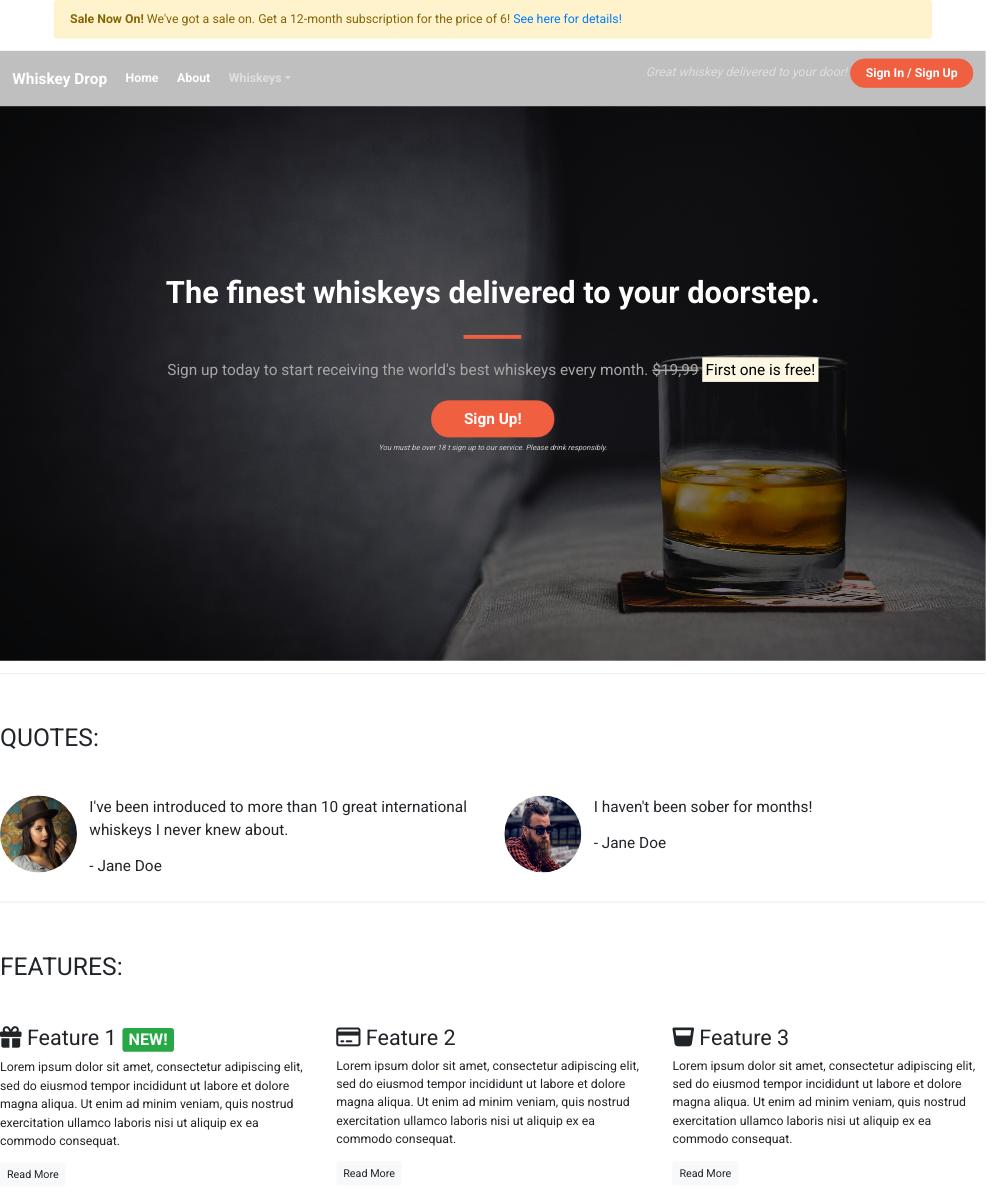
Repository: nitr-am/whiskey-project
Page: index.html
The author's editor kept a record of every edit. The page is drawn from the files as they stood at one moment, then again after the next edit.
The browser window is 1280 px wide. The page is 1295 px wide, so the pictures cover 1295 px, including what lies to the right of the window. The pictures show the whole page, at 77% of full size.
Backgrounds fixed to the window are drawn as part of the page. Some web libraries are served in a nearby version.

Above is the page before.

### index.html
<!DOCTYPE html>
<html lang="en-us">

<head>
    <meta charset="utf-8">
    <meta name="viewport" content="width=device-width, initial-scale=1.0">
    <title>Whiskey Drop | Taste a new whiskey every month</title>
    <link rel="stylesheet" href="https://maxcdn.bootstrapcdn.com/bootstrap/4.1.3/css/bootstrap.min.css">
    <script src="https://kit.fontawesome.com/079375249b.js"></script>
    <link href="https://fonts.googleapis.com/css?family=Roboto:400,700&display=swap" rel="stylesheet">
    <link rel="stylesheet" href="css/style.css" type="text/css" />
</head>

<body>

   <div class="container alert-container">
        <div class="row d-none d-sm-block">
            <div class="col-12">
                <div class="alert alert-warning"><strong>Sale Now On!</strong> We've got a sale on. Get a 12-month subscription for the price of 6! <a href="#">See here for details!</a>
                </div>
            </div>
        </div>
    </div>

        <nav class="navbar navbar-dark navbar-expand-sm">
            <a href="#" class="navbar-brand">Whiskey Drop</a>

            <button class="navbar-toggler ml-auto" type="button" data-toggle="collapse" data-target="#navbarNavDropdown" aria-controls="navbarNavDropdown" aria-expanded="false" aria-label="Toggle navigation">
              <span class="navbar-toggler-icon"></span>
            </button>
            <div class="collapse navbar-collapse" id="navbarNavDropdown">
                <ul class="navbar-nav mr-auto">
                    <li class="active nav-item mr-2"><a href="/" class="nav-link">Home</a></li>
                    <li class="active nav-item mr-2"><a href="/about" class="nav-link">About</a></li>
                    <li class="nav-item dropdown">
                        <a class="nav-link dropdown-toggle" href="#" id="navbarDropdownMenuLink" role="button" data-toggle="dropdown" aria-haspopup="true" aria-expanded="false">Whiskeys</a>

                        <div class="dropdown-menu" aria-labelledby="navbarDropdownMenuLink">
                            <a class="dropdown-item" href="#">Irish</a>
                            <a class="dropdown-item" href="#">Scotch</a>
                            <a class="dropdown-item" href="#">Japanese</a>
                            <a class="dropdown-item" href="#">American</a>
                        </div>
                    </li>
                    <li class="active nav-item mr-2 d-block d-sm-none"><a href="/login" class="nav-link">Sign In / Sign Up</a></li>
                </ul>
            </div>
            <div class="d-none d-md-block">
                <p class="navbar-text my_auto -mr-2"><i>Great whiskey delivered to your door!</i></p>
                <a href="/login" class="btn btn--cta btn--red">Sign In / Sign Up</a>
            </div>
        </nav>
    </div>


    <!-- Callout -->
    <div class="container-fluid callout-container">
        <div class="opaque-overlay">&nbsp;</div>
            <div class="row">
                <div class="col-12">
                    <section class="callout jumbotron text-center">
                        <h1 class="jumbotron-header">The finest whiskeys delivered to your doorstep.</h1>
                        <hr class="block-divider block-divider--orange">
                        <p class="lead">Sign up today to start receiving the world's best whiskeys every month.
                            <s class="d-none d-sm-inline">$19,99</s>
                            <span class="d-inline d-sm-none"><br></span>
                            <strong><mark>First one is free!</mark></strong></p>
                        <button class="btn btn-lg btn--cta btn--red" data-toggle="modal" data-target="#signUpModal">Sign Up!</button>
                        <p class="text-muted "><small>You must be over 18 t sign up to our service. Please drink responsibly.</small></p>
                    </section>
                </div>
            </div>
    </div>
    <!-- /.callout -->
    <hr>


    <!-- Quotes -->
    <div class="quotes-container">
        <section class="quotes ">
            <div class="row ">
                <div class="col-12 my-5">
                    <h2 class="text-uppercase">Quotes:</h2>
                </div>
            </div>
            <div class="row ">
                <div class="col-12 col-md-6">
                    <div class="media">
                        <div class="d-none d-sm-block">
                            <img src="images/girl-image.png" class="rounded-circle mr-3" height=100 width=100>
                        </div>
                        <div class="media-body">
                            <blockquote class="blockquote ">
                                <p>I've been introduced to more than 10 great international whiskeys I never knew about.</p>
                                <p>- Jane Doe</p>
                            </blockquote>
                        </div>
                    </div>
                </div>
                <div class="col-12 col-md-6 ">
                    <div class="media">
                        <div class="d-none d-sm-block">
                            <img src="images/guy-image.png" class="rounded-circle mr-3" height=100 width=100>
                        </div>
                        <div class="media-body">
                            <blockquote class="blockquote ">
                                <p>I haven't been sober for months!</p>
                                <p>- Jane Doe</p>
                            </blockquote>
                        </div>
                    </div>
                </div>
        </section>
        </div>
        <!-- /.quotes -->
        <hr>


        <!-- Features -->
        <div class="features-container">
            <section class="features ">
                <div class="row ">
                    <div class="col-12 my-5">
                        <h2 class="text-uppercase ">Features:</h2>
                    </div>
                </div>
                <div class="row ">
                    <div class="col-12 col-md-6 col-lg-4 ">
                        <div class="feature ">
                            <h3><i class="fas fa-gift d-none d-sm-inline"></i> Feature 1 <span class="badge badge-success">NEW!</span></h3>
                            <p>Lorem ipsum dolor sit amet, consectetur adipiscing elit, sed do eiusmod tempor incididunt ut labore et dolore magna aliqua. Ut enim ad minim veniam, quis nostrud exercitation ullamco laboris nisi ut aliquip ex ea commodo consequat.
                            </p>
                            <p><a class="btn btn-sm btn-light " href=" ">Read More</a></p>
                        </div>
                    </div>
                    <div class="col-12 col-md-6 col-lg-4 ">
                        <div class="feature ">
                            <h3><i class="far fa-credit-card d-none d-sm-inline"></i> Feature 2</h3>
                            <p>Lorem ipsum dolor sit amet, consectetur adipiscing elit, sed do eiusmod tempor incididunt ut labore et dolore magna aliqua. Ut enim ad minim veniam, quis nostrud exercitation ullamco laboris nisi ut aliquip ex ea commodo consequat.
                            </p>
                            <p><a class="btn btn-sm btn-light " href=" ">Read More</a></p>
                        </div>
                    </div>
                    <div class="col-12 d-md-none d-lg-block col-lg-4 ">
                        <div class="feature ">
                            <h3><i class="fas fa-glass-whiskey d-none d-sm-inline"></i> Feature 3</h3>
                            <p>Lorem ipsum dolor sit amet, consectetur adipiscing elit, sed do eiusmod tempor incididunt ut labore et dolore magna aliqua. Ut enim ad minim veniam, quis nostrud exercitation ullamco laboris nisi ut aliquip ex ea commodo consequat.
                            </p>
                            <p><a class="btn btn-sm btn-light " href=" ">Read More</a></p>
                        </div>
                    </div>
                </div>
            </section>
        </div>
        <!-- /.features -->

        <div class="modal" tabindex="-1" role="dialog" id="signUpModal">
            <div class="modal-dialog" role="document">
                <div class="modal-content">
                    <div class="modal-header">
                        <h5 class="modal-title">Sign Up To Whiskey Drop!</h5>
                        <button type="button" class="close" data-dismiss="modal" aria-label="Close">
          <span aria-hidden="true">&times;</span>
        </button>
                    </div>
                    <div class="modal-body">
                        <p>
                            <form>
                                <div class="form-group">
                                    <label for="exampleInputEmail1">Email address</label>
                                    <input type="email" class="form-control" id="exampleInputEmail1" aria-describedby="emailHelp" placeholder="Enter email">
                                    <small id="emailHelp" class="form-text text-muted">We'll never share your email with anyone else.</small>
                                </div>
                                <div class="form-group">
                                    <label for="password">Password</label>
                                    <input type="password" class="form-control" id="password" placeholder="Password">
                                </div>
                                <div class="form-group">
                                    <label for="repeatPassword"> Repeat Password</label>
                                    <input type="password" class="form-control" id="repeatPassword" placeholder="Repeat Password">
                                </div>

                                <button type="submit" class="btn btn-success">Submit</button>
                            </form>
                        </p>
                    </div>
                </div>
            </div>
        </div>


        <script src="https://code.jquery.com/jquery-3.3.1.slim.min.js" integrity="sha384-q8i/X+965DzO0rT7abK41JStQIAqVgRVzpbzo5smXKp4YfRvH+8abtTE1Pi6jizo" crossorigin="anonymous"></script>
        <script src="https://cdnjs.cloudflare.com/ajax/libs/popper.js/1.14.7/umd/popper.min.js" integrity="sha384-UO2eT0CpHqdSJQ6hJty5KVphtPhzWj9WO1clHTMGa3JDZwrnQq4sF86dIHNDz0W1" crossorigin="anonymous"></script>
        <script src="https://stackpath.bootstrapcdn.com/bootstrap/4.3.1/js/bootstrap.min.js" integrity="sha384-JjSmVgyd0p3pXB1rRibZUAYoIIy6OrQ6VrjIEaFf/nJGzIxFDsf4x0xIM+B07jRM" crossorigin="anonymous"></script>
</body>

</html>

### css/style.css
body {
    font-family: "Roboto", sans-serif;
}

.callout-container {
    height: 100vh;

    background: url("../images/whiskey-background.jpg") no-repeat bottom right fixed;
    -webkit-background-size: cover;
    -moz-background-size: cover;
    -o-background-size: cover;
    background-size: cover;

    display: flex;
    align-items: center;
    justify-content: center;

    position:relative;
}

.opaque-overlay {
    position: absolute;
    top: 0;
    left: 0;
    height: 100%;
    width: 100%;
    background-color: rgba(0, 0, 0, 0.5);
}

.quotes-container {}

.features-container {}

/* Block dividers */

.block-divider {
    width:75px;
    height:5px;
    border:0;
    background-color:#444;
}

.block-divider--orange {
    background-color: #f05f40;
}

.block-divider--short {
    width: 35px;
}

/* Navbar */

.navalert-container {
    position: absolute;
    top: 0;
    left: 0;
    z-index: 1;
    padding-left: 0;
    padding-right: 0;
}

.navbar {
    margin-bottom: 0;
    width: 100%;
    background-color: rgba(0, 0, 0, .25);
    border: 0;
}

.navbar .navbar-toggler {
    border:0;
}

.navbar-dark .navbar-brand {
    font-weight: bold;
}

.navbar .navbar-nav a {
    font-weight: bold;
}

.alert-container .col-12 {
    padding-left: 0;
    padding-right: 0;
}

.site-wide-alert {
    color: #544600;
    padding: 5px 15px;
    margin-bottom: 0;
    border: 1px solid transparent;
    border-radius: 0;
    background-color: #eec802;
    border-color: #eec802;
}

/* Jumbotrons */

.jumbotron {
    background-color: transparent;
}

.jumbotron h1 {
    color:white;
    font-weight: bold;
    margin-bottom: 30px;
}
.jumbotron .lead {
    margin:25px 0;
    color: #a7a7a7;
}
.jumbotron small {
    font-size:60%;
    font-style: italic;
    color: #d0d0d0;
}

/* Buttons */

.btn--cta {
    font-weight: bold;
    border-radius:23px;
    width:160px;
}
.btn--red {
    color:white;
    background-color: #f05f40;
    border-color:#f05f40;
}

.btn--red:hover,
.btn--red:active,
.btn--red:focus,
.btn--red:active:focus {
    background-color: #df4929;
    border-color: #df4929;
    color: white;
}

After the next edit:
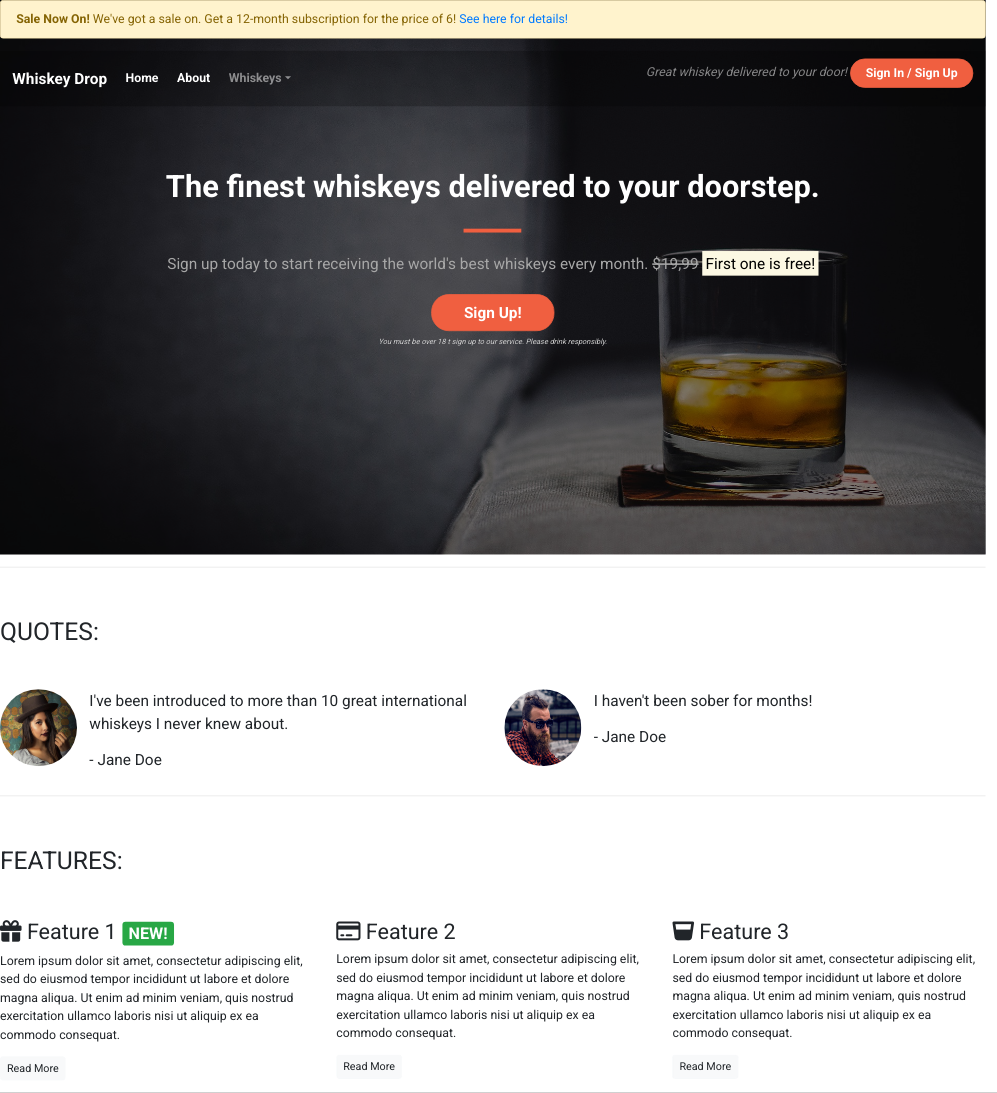
The edit:
--- a/index.html
+++ b/index.html
@@ -13,14 +13,15 @@
 
 <body>
 
-   <div class="container alert-container">
-        <div class="row d-none d-sm-block">
-            <div class="col-12">
-                <div class="alert alert-warning"><strong>Sale Now On!</strong> We've got a sale on. Get a 12-month subscription for the price of 6! <a href="#">See here for details!</a>
+    <div class="container-fluid navalert-container">
+        <div class="container-fluid alert-container">
+            <div class="row d-none d-sm-block">
+                <div class="col-12">
+                    <div class="alert alert-warning"><strong>Sale Now On!</strong> We've got a sale on. Get a 12-month subscription for the price of 6! <a href="#">See here for details!</a>
+                    </div>
                 </div>
             </div>
         </div>
-    </div>
 
         <nav class="navbar navbar-dark navbar-expand-sm">
             <a href="#" class="navbar-brand">Whiskey Drop</a>
@@ -56,20 +57,20 @@
     <!-- Callout -->
     <div class="container-fluid callout-container">
         <div class="opaque-overlay">&nbsp;</div>
-            <div class="row">
-                <div class="col-12">
-                    <section class="callout jumbotron text-center">
-                        <h1 class="jumbotron-header">The finest whiskeys delivered to your doorstep.</h1>
-                        <hr class="block-divider block-divider--orange">
-                        <p class="lead">Sign up today to start receiving the world's best whiskeys every month.
-                            <s class="d-none d-sm-inline">$19,99</s>
-                            <span class="d-inline d-sm-none"><br></span>
-                            <strong><mark>First one is free!</mark></strong></p>
-                        <button class="btn btn-lg btn--cta btn--red" data-toggle="modal" data-target="#signUpModal">Sign Up!</button>
-                        <p class="text-muted "><small>You must be over 18 t sign up to our service. Please drink responsibly.</small></p>
-                    </section>
-                </div>
+        <div class="row">
+            <div class="col-12">
+                <section class="callout jumbotron text-center">
+                    <h1 class="jumbotron-header">The finest whiskeys delivered to your doorstep.</h1>
+                    <hr class="block-divider block-divider--orange">
+                    <p class="lead">Sign up today to start receiving the world's best whiskeys every month.
+                        <s class="d-none d-sm-inline">$19,99</s>
+                        <span class="d-inline d-sm-none"><br></span>
+                        <strong><mark>First one is free!</mark></strong></p>
+                    <button class="btn btn-lg btn--cta btn--red" data-toggle="modal" data-target="#signUpModal">Sign Up!</button>
+                    <p class="text-muted "><small>You must be over 18 t sign up to our service. Please drink responsibly.</small></p>
+                </section>
             </div>
+        </div>
     </div>
     <!-- /.callout -->
     <hr>
